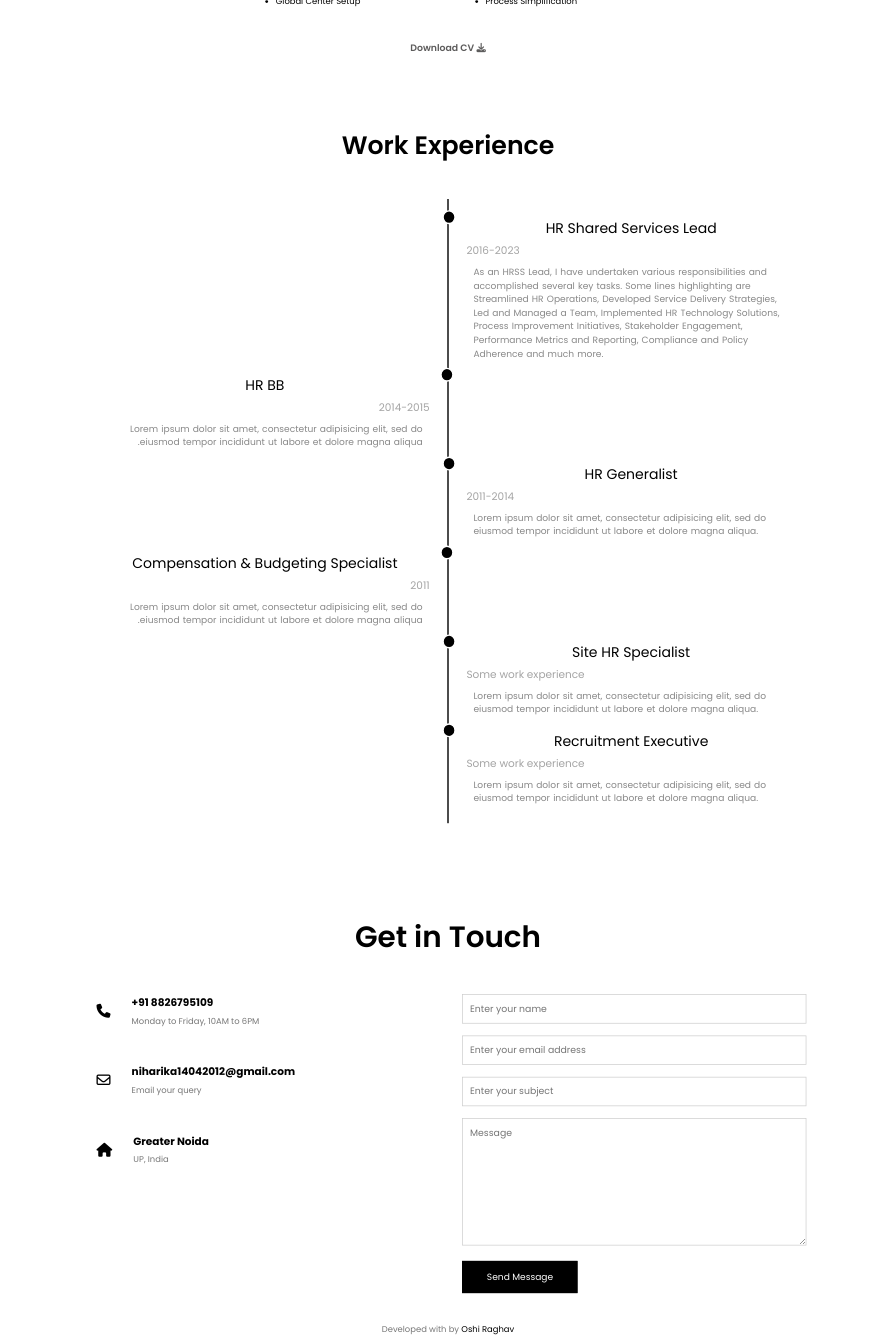
Repository: xoshiraghavx/Niharika-portfolio
Page: index.html
An editor plug-in stored every save of this project. The page is shown before and after the next save, followed by the edit.
The browser window is 1280 px wide. The pictures show the part of the page from y = 1225 to 3145 px (the page is 3145 px tall), at 70% of full size.
Some web libraries are served in a nearby version.

Above is the page before, as saved 2023-06-16 10:36:38.

After the next save:
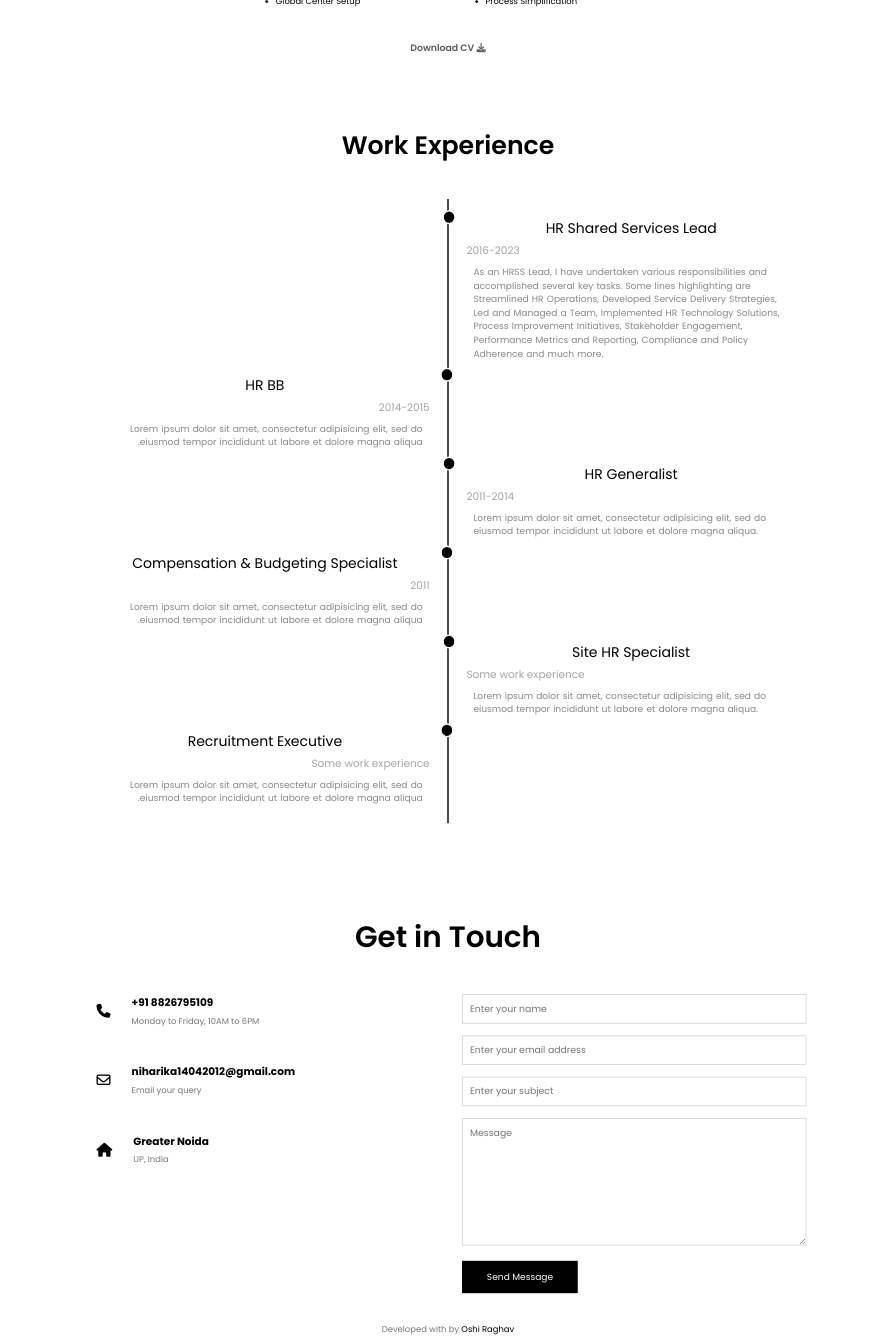
Saved 16 s later.
--- a/index.html
+++ b/index.html
@@ -160,7 +160,7 @@
                </div>
             </div>
 
-            <div class="timeline-block timeline-block-right">
+            <div class="timeline-block timeline-block-left">
                <div class="marker"></div>
                <div class="timeline-content">
                   <h3>Recruitment Executive </h3>
